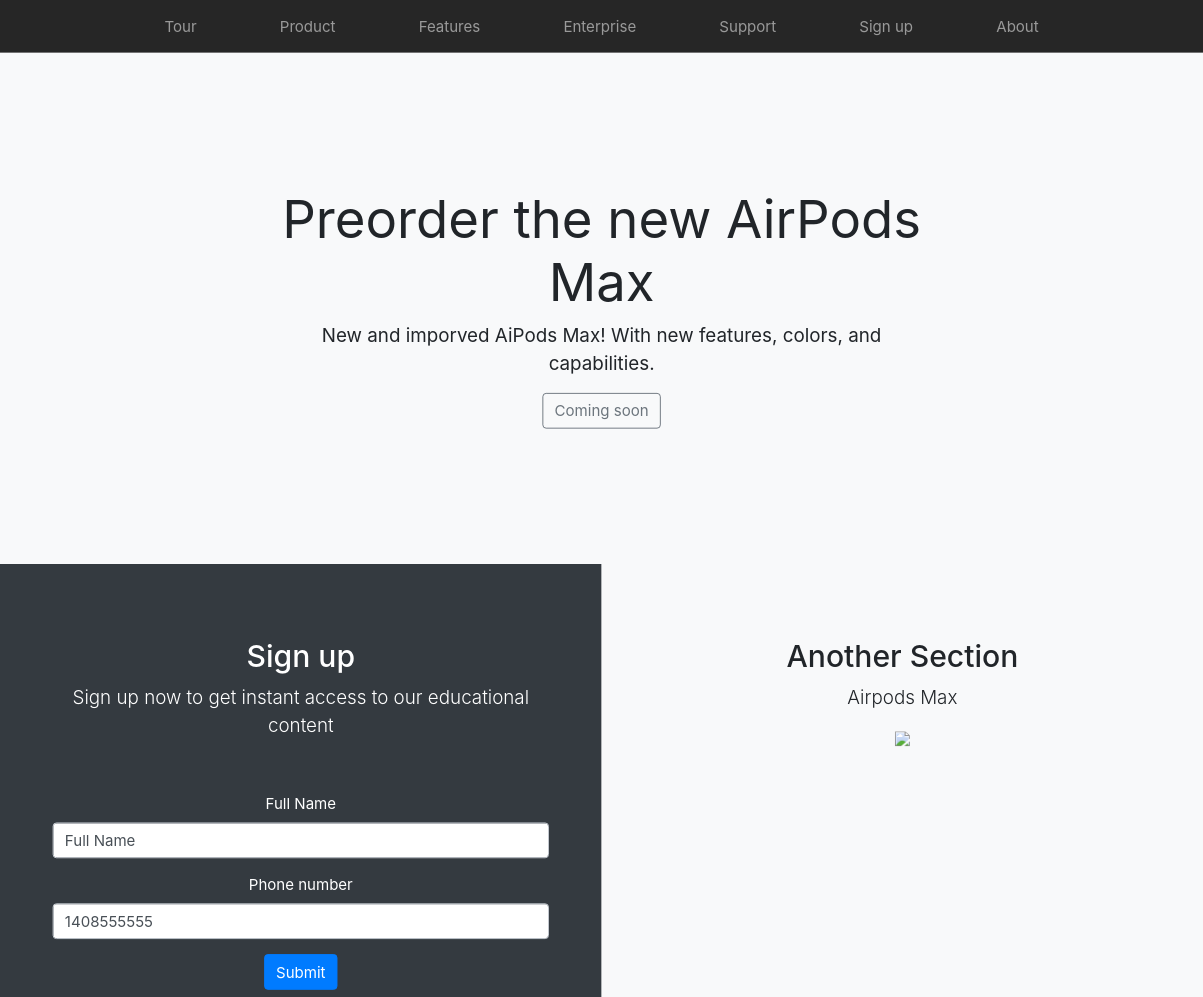
Repository: dogisej22/sejaldogiparthi-website
Page: LearnCS8-Twilio/index.html
The author's editor kept a record of every edit. The page is drawn from the files as they stood at one moment, then again after the next edit.
The browser window is 1280 px wide. The pictures show the whole page, at 94% of full size.

Above is the page before.
Not found: LearnCS8-Twilio/aipods.jpg

After the next edit:
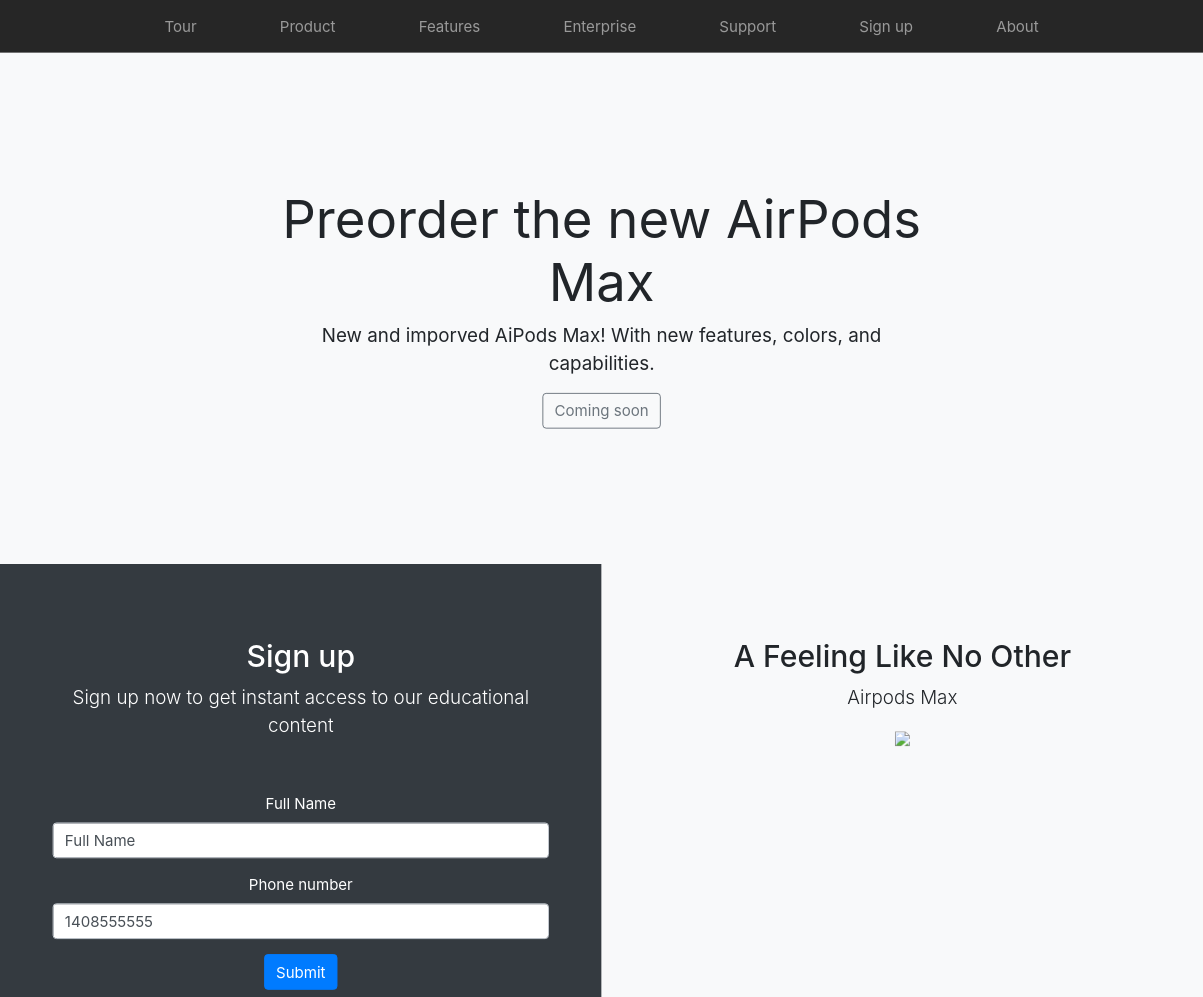
The edit:
--- a/LearnCS8-Twilio/index.html
+++ b/LearnCS8-Twilio/index.html
@@ -77,7 +77,7 @@
     <!-- Right Tile -->
     <div class="bg-light pt-3 px-3 pt-md-5 px-md-5 text-center overflow-hidden">
         <div class="my-3 p-3">
-            <h2 class="display-5">Another Section</h2>
+            <h2 class="display-5">A Feeling Like No Other</h2>
             <p class="lead">Airpods Max</p>
             <img class="mx-auto" src="aipods.jpg" height="250px">
         </div>
